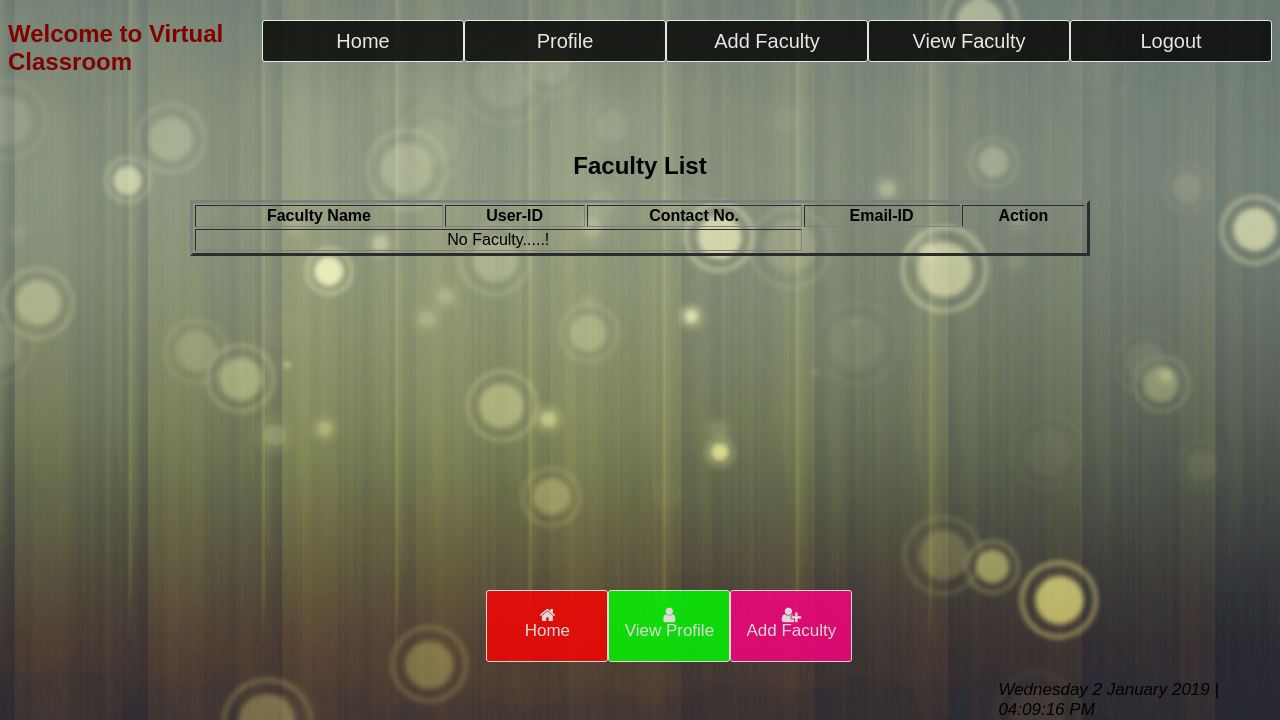
Repository: Rajendra1998/Virtual_classroom_mvc_project
Page: http://localhost/Virtual_classroom/display_faculty.jsp
These files come from the project's save history. The page is drawn as it stood at one moment and after the next save; the edit follows.
The browser window is 1280 px wide. The pictures show the whole page.
The page is served by Tomcat 9. Other server files are loaded and not shown. The template is opened directly, without the code that normally fills it, so the values that code supplies are empty.

Above is the page before, as saved 2019-01-09 20:23:34.

### Virtual_classroom/WebContent/display_faculty.jsp
<%@ page language="java" contentType="text/html; charset=ISO-8859-1"
    pageEncoding="ISO-8859-1" import="model.Faculty" import="model.Admin" %>
<%@ page import="java.util.List" %>
<!DOCTYPE html PUBLIC "-//W3C//DTD HTML 4.01 Transitional//EN" "http://www.w3.org/TR/html4/loose.dtd">
<html>
<head>
<meta http-equiv="Content-Type" content="text/html; charset=ISO-8859-1">
<title> ADMIN | VIEW_FACULTY </title>
<link rel="stylesheet" href="https://maxcdn.bootstrapcdn.com/font-awesome/4.7.0/css/font-awesome.min.css">
	<style type="text/css" rel="stylesheet">
	body{
		background-image:url(pic1.jpg);
		background-repeat:no-repeat;
	 	font-family:sans-serif;
		background-size:cover;
	}
	#MyClockDisplay{
		font-color:red;
		font-style:oblique;
		font-size:17px;
		z-index:2;
		position:absolute;
		top:94.5%;
		left:78%;
	}
	h2{
		color:#800000;
	}
	.panel h2{
		color:black;
		}
	.menu nav{
		position:relative;
		float:right;
	}
	.menu nav ul{
		margin: 0px;
		padding: 0px;
		list-style: none;
	}
	.menu nav ul li {
		float:left;
		width: 200px;
		height: 40px;
		background-color: black;
		border:1px  solid white;
		opacity: .8;
		line-height: 40px;
		text-align: center;
		font-size: 20px;
		position:relative;
		border-radius:3px;
	}
	.menu nav ul li a {
		text-decoration: none;
		color:white;
		display:block;
	}
	.menu nav ul li a:hover {
		background-color: green;
		border-radius: 3px;
	}
	.menu nav ul ul  {
		position:absolute;
		display: none;
	}
	.menu nav ul li:hover > ul {
		display: block;

	}
	.menu nav ul ul ul{
		margin-left: 200px;
		top:0px;
	}
	.menu1 nav{
		position:absolute;
		top:82%;
		left:38%;

	}
	.menu1 nav ul{
		margin: 0px;
		padding: 0px;
		list-style: none;
	}
	.menu1 nav ul li {
		float:left;
		width: 120px;
		height: 70px;
		border:1px  solid white;
		opacity: .8;
		line-height: 15px;
		text-align: center;
		font-size: 17px;
		position:relative;
		border-radius:3px;

	}
	.menu1 nav ul li.home{
		background-color: red;
	}
	.menu1 nav ul li.profile{
		background-color: #00ff00;
	}
	.menu1 nav ul li.add{
		background-color:#ff0080;
	}
	.menu1 nav ul li a {
		text-decoration: none;
		color:white;
		display:block;
	}
	</style>
</head>
<body>
<div id="MyClockDisplay"></div>
	<script type="text/javascript">
		function showTime()
		{
			//Date
			var mydate=new Date();
			var year=mydate.getYear(); //get the year.
				if(year <1000)
					{
						year+=1900;
					}
			var day=mydate.getDay(); //get the day.
			var month=mydate.getMonth(); //get the month.
			var daym=mydate.getDate(); //day of the month.
			var dayarray= new Array("Sunday","Monday","Tuesday","Wednesday","Thursday","Friday","Saturday");
			var montharray=new Array("January","February","March","April","May","June","July","August","September","October","November","December");

			//Time
			var date = new Date();
			var h= date.getHours(); //0-23
			var m= date.getMinutes(); //0-59
			var s=date.getSeconds(); //0-59
			var session="AM";
			if(h==0){
				h=12;
			}
			if(h>12){
				h=h-12;
				session="PM";
			}
			h=(h<10) ? "0"+ h : h;
			m=(m<10) ? "0"+ m : m;
			s=(s<10) ? "0"+ s : s;

			var date1="" +dayarray[day]+ " " +daym+ " " +montharray[month]+ " " +year+   "  |  "   +h + ":" + m + ":" + s + " " + session;

			document.getElementById("MyClockDisplay").innerText = date1;
			document.getElementById("MyClockDisplay").textContent = date1;

			setTimeout(showTime,1000);
		}
		showTime();

	</script>
	<div class="menu">
	<nav>
	<ul>
		<li><a href="Admin_logged.jsp">Home</a></li>
		<li><a>Profile</a>
			<ul>
				<li><a href="adm_pro">View Profile</a></li>
			</ul>
		</li>
		<li><a href="Add_Faculty.jsp">Add Faculty</a></li>
		<li><a href="display_faculty">View Faculty</a></li>
		<li><a href="LogoutServlet1">Logout</a></li>
	</ul>
	</nav>
	</div>
	<%Admin currentAdmin=(Admin)session.getAttribute("currentAdmin");%>
	<h2>Welcome to Virtual Classroom</h2>
	<br><br>
	<center>
     <div class="panel">
            <h2>Faculty List</h2>
            <table class="bordered_table" align=center border="3" width="900px" >
               <thead>
                  <tr align="center"><th>Faculty Name</th><th>User-ID</th><th>Contact No.</th><th>Email-ID</th><th colspan=2>Action</th></tr>
               </thead>
               <tbody>
                  <% List<Faculty> facultyList = (List<Faculty>)request.getAttribute("facultyList");
                     if(facultyList != null && facultyList.size() > 0)
                     {
							for(int i=0; i<facultyList.size(); i++)
							{
                   %>

                  <tr>
                     <td align="center"><span id="facultyName"><%=facultyList.get(i).getName() %></span></td>
                     <td align="center"><span id="user-id"><%=facultyList.get(i).getUser_id() %></span></td>
                     <td align="center"><span id="phno"><%=facultyList.get(i).getPhno() %></span></td>
                     <td align="center"><span id="email_id"><%=facultyList.get(i).getEid() %></span></td>
                     <td align="center"><span id="remove"><a id="removalLink" class="hyperLink" href="remove?facultyName=<%=facultyList.get(i).getName()%>&user-id=<%=facultyList.get(i).getUser_id() %>">Remove</a></span></td>
                     <td align="center"><span id="edit"><a id="editLink" class="hyperLink" href="edit?facultyName=<%=facultyList.get(i).getName()%>&user-id=<%=facultyList.get(i).getUser_id() %>">Edit</a></span></td>

                  </tr>
                  <% }
                   } else { %>
                  <tr>

                     <td colspan="3" align="center"><span id="noFiles">No Faculty.....!</span></td>

                  </tr>

                  <% } %>

               </tbody>

            </table>

         </div>
         </center>
         <div class="menu1">
		<nav>
			<ul>
				<li class="home"><a href="Admin_logged.jsp"><br><i class="fa fa-home" aria-hidden="true"></i><br>Home</a></li>
				<li class="profile"><a href="adm_pro"><br><i class="fa fa-user" aria-hidden="true"></i><br>View Profile</a></li>
				<li class="add"><a href="Add_Faculty.jsp"><br><i class="fa fa-user-plus" aria-hidden="true"></i><br>Add Faculty</a></li>
			</ul>
		</nav>
	</div>

</body>
</html>

After the next save:
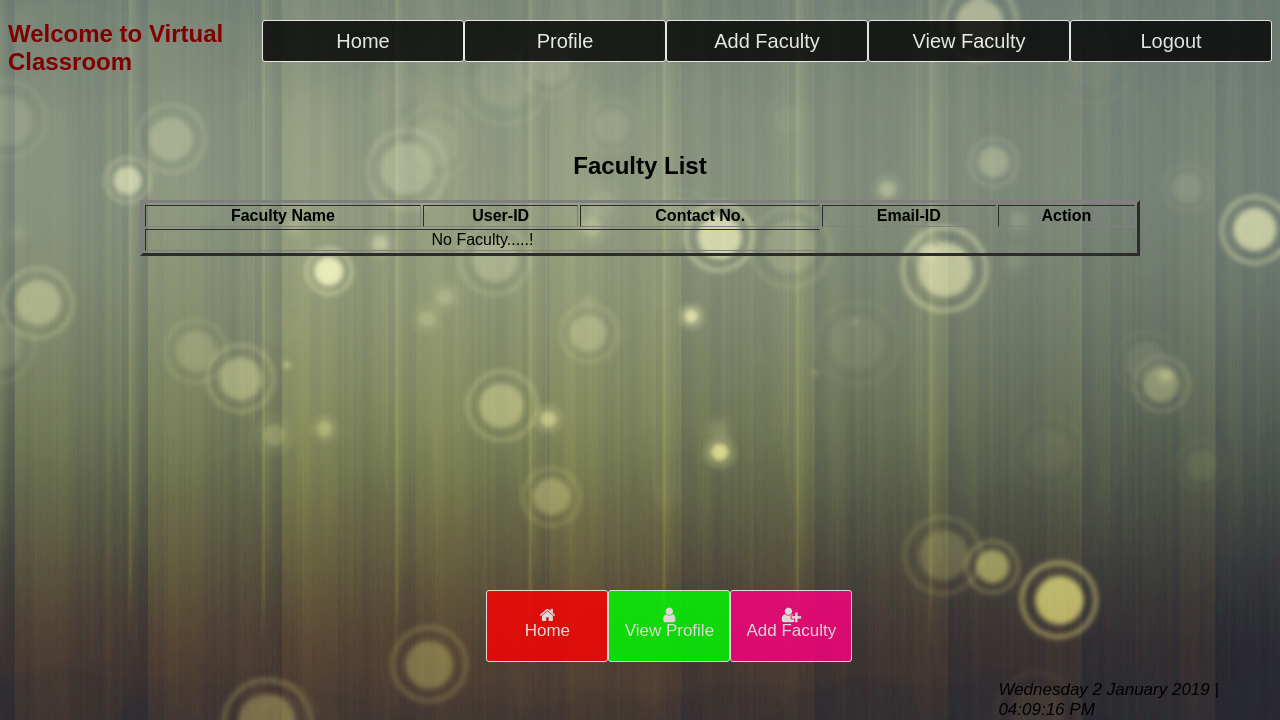
Saved 36 s later.
--- a/Virtual_classroom/WebContent/display_faculty.jsp
+++ b/Virtual_classroom/WebContent/display_faculty.jsp
@@ -178,7 +178,7 @@
 	<center>
      <div class="panel">
             <h2>Faculty List</h2>
-            <table class="bordered_table" align=center border="3" width="900px" >
+            <table class="bordered_table" align=center border="3" width="1000px" >
                <thead>
                   <tr align="center"><th>Faculty Name</th><th>User-ID</th><th>Contact No.</th><th>Email-ID</th><th colspan=2>Action</th></tr>
                </thead>
